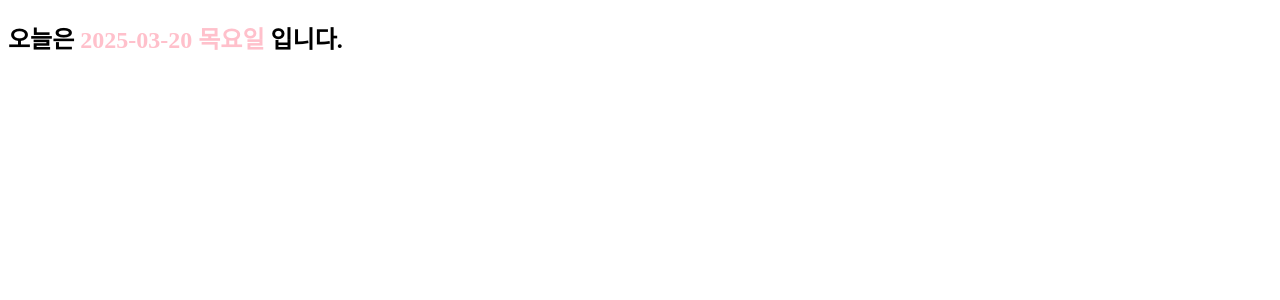
Repository: yoonseo0832/workspace
Page: 05_server/00_Practice/src/main/webapp/views/practice2_pizza.html
An editor plug-in stored every save of this project. The page is shown before and after the next save, followed by the edit.
The browser window is 1280 px wide. The pictures show the whole page.

Above is the page before, as saved 2025-03-20 05:05:56.

After the next save:
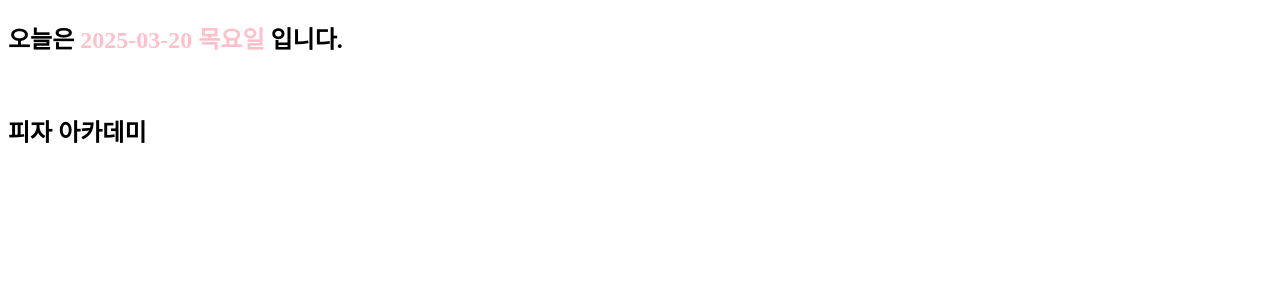
Saved 34 s later.
--- a/05_server/00_Practice/src/main/webapp/views/practice2_pizza.html
+++ b/05_server/00_Practice/src/main/webapp/views/practice2_pizza.html
@@ -7,5 +7,7 @@
 </head>
 <body>
 	<h2>오늘은 <strong style="color: pink;">2025-03-20 목요일</strong> 입니다.</h2>
+	<br>
+	<h2>피자 아카데미</h2>
 </body>
 </html>
